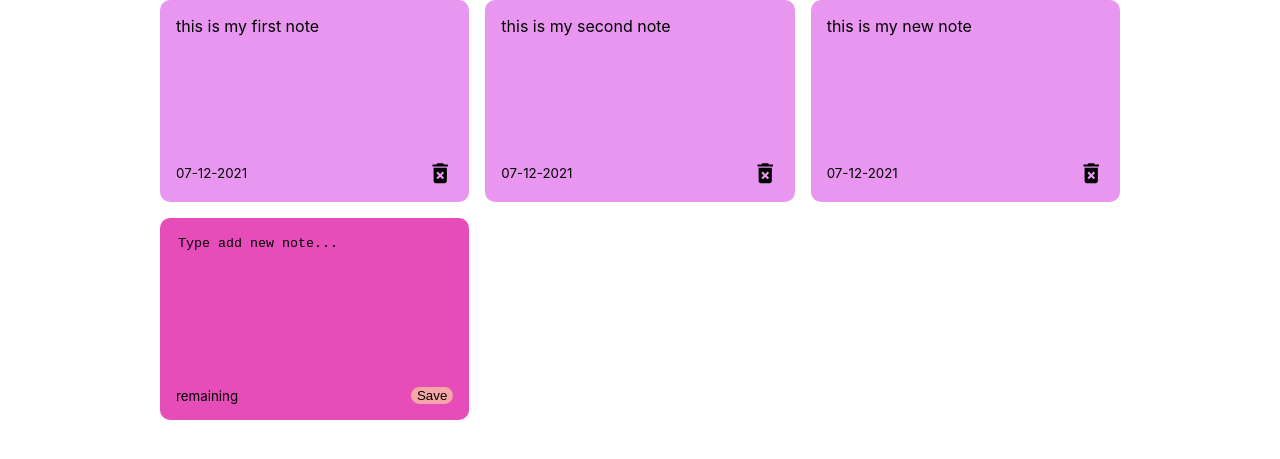
Repository: DeraBola/react-notes-app
Page: /
These files come from the project's save history. The page is drawn as it stood at one moment and after a run of saves; the edit follows.
The browser window is 1280 px wide. The pictures show the whole page.
The project was rebuilt for these pictures with package versions that can differ from the ones it lists, and the page was loaded fresh each time.

Above is the page before, as saved 2022-08-02 10:22:02.

### src/index.js
import React from 'react';
import ReactDOM from 'react-dom/client';
import './index.css';
import App from './App';


const root = ReactDOM.createRoot(document.getElementById('root'));
root.render(
  <React.StrictMode>
    <App />
  </React.StrictMode>
);

### src/index.css
body {
    margin: 0;
    font-family: -apple-system, BlinkMacSystemFont, 'Segoe UI', 'Roboto', 'Oxygen', 'Ubuntu', 'Cantarell', 'Fira Sans', 'Droid Sans', 'Helvetica Neue', sans-serif;
    -webkit-font-smoothing: antialiased;
    -moz-osx-font-smoothing: grayscale;
}

code {
    font-family: source-code-pro, Menlo, Monaco, Consolas, 'Courier New', monospace;
}

.container {
    max-width: 960px;
    margin-right: auto;
    margin-left: auto;
    padding-right: 15px;
    padding-left: 15px;
}

.notes-list {
    display: grid;
    grid-gap: 1rem;
    grid-template-columns: repeat(auto-fit, minmax(250px, 1fr));
}

.note {
    background-color: #e996f1;
    border-radius: 10px;
    padding: 1rem;
    min-height: 170px;
    display: flex;
    flex-direction: column;
    justify-content: space-between;
}

.note-footer {
    display: flex;
    align-items: center;
    justify-content: space-between;
}

.note.new {
    background-color: #e74db9;
}

textarea {
    border: none;
    resize: none;
    background-color: #e74db9;
}

::placeholder {
    color: black;
}

textarea:focus {
    outline: none;
}

.save {
    background-color: #f4a6a8;
    border: none;
    border-radius: 15px;
    padding: 5px 10px5px10px;
}

.save:hover {
    background-color: #f4a6a8;
    cursor: pointer;
}

### src/App.js
import NotesList from './components/NotesList';
import { useState }  from 'react';
import { nanoid }  from 'nanoid';
 const App = () =>{
   const [notes, setNotes] = useState([
     {
    id: nanoid(),
     text: "this is my first note",
     date:"07-12-2021",
   },
   {
    id: nanoid(),
     text: "this is my second note",
     date:"07-12-2021",
   },
   {
    id: nanoid(),
     text: "this is my new note",
     date:"07-12-2021",
   },
  ]);

const addNote = (text) => {
  const date = new Date();
  const newNote = {
    id: nanoid(),
    text: text,
    date: date.toLocaleDateString()
  }
  const newNotes = [...notes, newNote];
  setNotes(newNotes);
};

   return(
    <div className="container" >
      <NotesList notes={notes}  handleAddNote={addNote} />
    </div>
   )
 }

 export default App;

### src/components/NotesList.js
import Note from './Note';
import AddNote from './AddNote';

const NotesList  = ({ notes, handleAddNote }) => {
return(
    <div className="notes-list">
        {notes.map((note) => (
        <Note
         id={note.id}  text={note.text}  date={note.date}
         />
         ))}
         <AddNote handleAddNote={handleAddNote}/>
    </div>
);
};

export default NotesList;

### src/components/Note.js

import { MdDeleteForever } from 'react-icons/md'

const Note  = ( {id, text, date} ) => {
    return(
        <div className='note'>
             <span>{ text }</span>
             <div className="note-footer">
                <small>{ date }</small>
                <MdDeleteForever className='delete-icon' size='0.7cm' />
             </div>
        </div>
    );
    };

    export default Note;

### src/components/AddNote.js
import { useState }  from 'react';
const AddNote  = ({ handleAddNote }) => {
    const [noteText, setNoteText] = useState('');

    const characterLimit = 200;

    const handleChange = (event) =>{
        setNoteText(event.target.value);
    };

    const handleSaveClick = () =>{
        if(noteText.trim().length > 0){
            handleAddNote(noteText);
            setNoteText('');
        }
    };

return(
    <div className="note new">
         <textarea
         rows="8" cols="10" placeholder='Type add new note...'
         value={noteText}
         onChange={handleChange}
         ></textarea>
         <div  className='note-footer' >
             <small>  remaining</small>
             <button className='save' onClick={handleSaveClick} >Save</button>
         </div>
    </div>
);
};

export default AddNote ;

Loaded but not shown: public/index.html (common file)

After the next 2 saves:
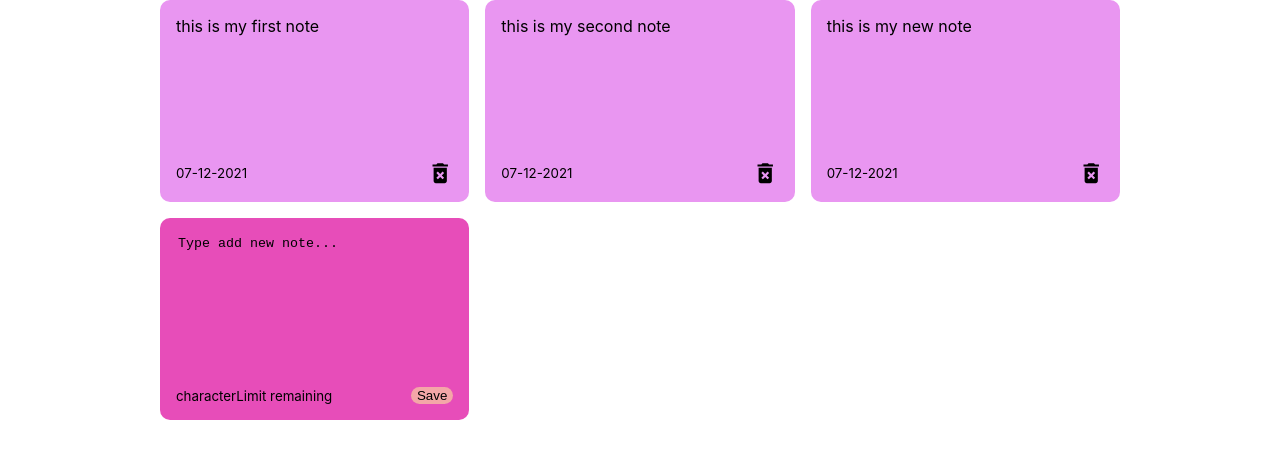
The 2 saves are shown as one change because they came seconds apart.
The last was saved 7 s later.
--- a/src/components/AddNote.js
+++ b/src/components/AddNote.js
@@ -23,7 +23,7 @@
          onChange={handleChange}
          ></textarea>
          <div  className='note-footer' >
-             <small>  remaining</small>
+             <small> characterLimit{} remaining</small>
              <button className='save' onClick={handleSaveClick} >Save</button>
          </div>
     </div>

After the save that followed:
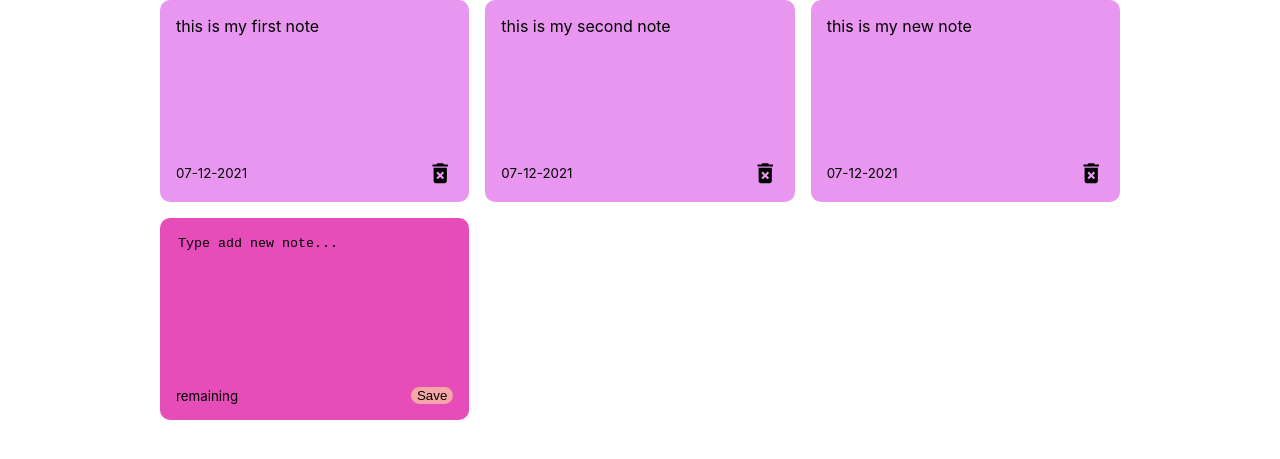
Saved 10 s later.
--- a/src/components/AddNote.js
+++ b/src/components/AddNote.js
@@ -23,7 +23,7 @@
          onChange={handleChange}
          ></textarea>
          <div  className='note-footer' >
-             <small> characterLimit{} remaining</small>
+             <small> {} remaining</small>
              <button className='save' onClick={handleSaveClick} >Save</button>
          </div>
     </div>
